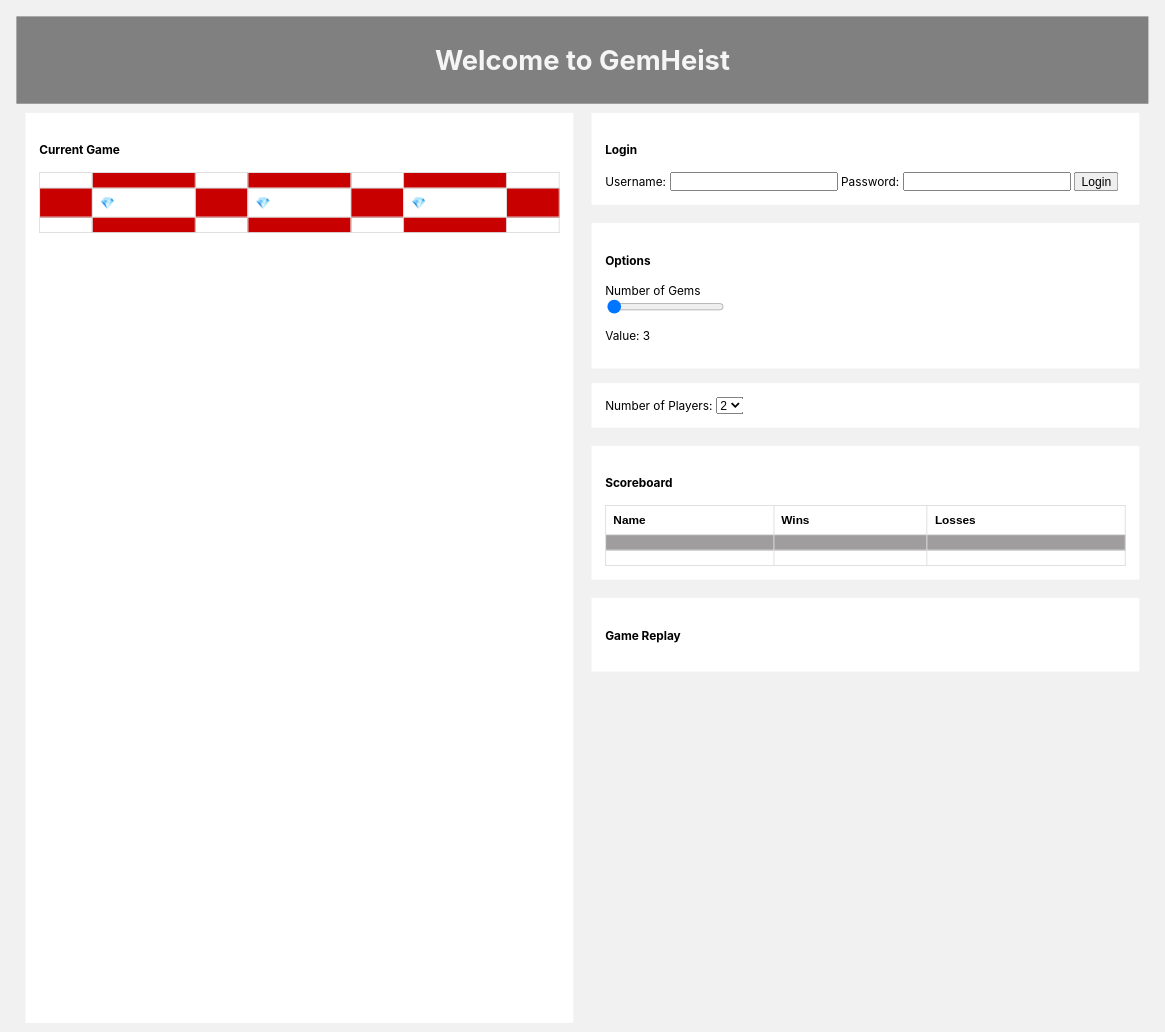
Repository: komalharjani/Gem-Heist
Page: board.html
These files come from the project's save history. The page is drawn as it stood at one moment and after the next save; the edit follows.
The browser window is 1280 px wide. The pictures show the whole page, at 91% of full size.

Above is the page before, as saved 2020-04-09 13:07:14.

### board.html
<!DOCTYPE html>
<html>

<head>
    <link rel="stylesheet" href="style.css">
</head>

<body>
    <!--Header-->
    <div class="header">
        <h2>Welcome to GemHeist</h2>
    </div>

    <!--Current Game-->
    <div class="centercolumn">
        <div class="card" style="height:1000px">
            <h4 id="gameTitle">Current Game</h4>
            <div class="yaks" id="game">
            </div>
        </div>
    </div>
    <!--Login -->
    <div class="centercolumn" id="scoreboard">
        <div class="card">
            <h4>Login</h4>
            <div class="yaks">
                <label for="fname">Username:</label>
                <input type="text" id="fname" name="fname">
                <label for="lname">Password:</label>
                <input type="text" id="lname" name="lname">
                <input type="submit" value="Login">
            </div>
        </div>
    </div><br>
    </div>

    <!--Options -->
    <div class="rightcolumn">
        <div class="card">
            <h4>Options</h4>
            <div class="yaks">
                <div class="slidecontainer">
                    <label for="myRange">Number of Gems</label></br>
                    <input type="range" min="3" max="20" value="3" class="slider" id="myRange">
                    <p>Value: <span id="demo"></span></p>
                </div>
            </div>
                <script>
                    var slider = document.getElementById("myRange");
                    var output = document.getElementById("demo");
                    output.innerHTML = slider.value;
                    document.getElementById("myRange").step = "3";
                    slider.oninput = function () {
                        output.innerHTML = this.value;
                    }
                </script>
            </div></br>
            <div class="card">
                <div class="yaks">
                    <label for="noPlayers">Number of Players:</label>
                    <select id="noPlayers">
                        <option value="2">2</option>
                        <option value="3">3</option>
                        <option value="4">4</option>
                        <option value="5">5</option>
                    </select>
                </div>
            </div>
    </div><br>
    </div>

    <!--Scoreboard - change to dynamic -->
    <div class="rightcolumn">
        <div class="card">
            <h4>Scoreboard</h4>
            <div class="yaks" id="scoreboard">
                <table>
                    <tr>
                        <th>Name</th>
                        <th>Wins</th>
                        <th>Losses</th>
                    </tr>
                    <tr>
                        <td> </td>
                        <td> </td>
                        <td> </td>
                    </tr>
                    <tr>
                        <td> </td>
                        <td> </td>
                        <td> </td>
                    </tr>
                </table>

            </div>
        </div>
    </div><br>
    </div>

    <!--Scoreboard -->
    <div class="rightcolumn">
        <div class="card">
            <h4>Game Replay</h4>
            <div class="yaks">
                <!--Content Here-->
            </div>
        </div>
    </div><br>
    </div>



    <!--JAVASCRIPT -->
    <script src="model_Board.js"></script>
</body>

</html>

### style.css
* {
    box-sizing: border-box;
  }

  /* Add a gray background color with some padding */
  body {
    font-family: -apple-system, BlinkMacSystemFont, 'Segoe UI', Roboto, Oxygen, Ubuntu, Cantarell, 'Open Sans', 'Helvetica Neue', sans-serif;
    padding: 10px;
    background: #f1f1f1;
    font-size: 13px;
  }
  table {
    font-family: arial, sans-serif;
    border-collapse: collapse;
    width: 100%;
  }

  td, th {
    border: 1px solid #dddddd;
    text-align: left;
    padding: 8px;
  }

  tr:nth-child(even) {
    background-color: #dddddd;
  }
  /* Header Title */
  .header {
    padding: 5px;
    font-size: 20px;
    text-align: center;
    background: grey;
    color: whitesmoke;
  }

  .login {
    width:300px;
    height:150px;
    position: fixed;
    top: 50%;
    left: 50%;
    margin-top: -125px;
    margin-left: -150px;
  }


  /* Alerts and Gems */

  .gem {
    background-color: white;
    justify-content: center;
  }

  .gem:hover {
    background-color: rgb(240, 240, 240);
  }

  .alarm {
    background-color: rgb(200, 0, 0);
  }

  .white {
    background-color: white;
  }

  .empty {
    background-color: white;
  }

  .alarm:hover {
    background-color: rgb(136, 0, 0);
  }

  /* Split Screen into Columns */

  .rightcolumn {
    float: right;
    width: 50%;
    padding: 10px;
  }

  .centercolumn {
    float: left;
    width: 50%;
    padding: 10px;
  }

  .box {
    background-color: whitesmoke;
    width: 100%;
    padding: 15px;
  }

  .voteFilter {
    background-color: black;
    width: 100%;
    padding: 15px;
  }

  .card {
     background-color: white;
     padding: 15px;
  }

  .row:after {
    content: "";
    display: table;
    clear: both;
  }

  /* Footer */
  .footer {
    padding: 20px;
    text-align: center;
    background: #ddd;
    margin-top: 20px;
  }

  /* Responsive layout - when the screen is less than 800px wide, make the two columns stack on top of each other instead of next to each other */
  @media screen and (max-width: 800px) {
    .leftcolumn, .rightcolumn {
      width: 100%;
      padding: 0;
    }
  }

  tr:nth-child(even) {
    background-color: #3b37377c;
  }

### model_Board.js
/**
 * Variables
 */
const width = 7;
var gemChar = '&#128142';
var noGems = document.getElementById("myRange").value;
height = (2 / 3 * noGems) + 1;

/**
 * Declare Arrays for Drawing Board...
 */
var pieces = [];
for (var i = 0; i < height; i++) {
    pieces[i] = [];
}

var currState = [];
for (var i = 0; i < height; i++) {
    currState[i] = [];
    for (var j = 0; j < width; j++) {
        currState[i].push(true);
    }
}
console.log(currState);

//array of state of board


/**
 * Function to Draw Board
 */
//synchronise with model
//if true draw alarm else draw
function drawBoard() {
    //Create rows and tables according to specified height and width
    var table = document.createElement("table");
    for (var i = 0; i < height; i++) { //loop through height
        var row = document.createElement('tr'); //create rows for each height
        for (var j = 0; j < width; j++) { //loop through width
            var cell = document.createElement('td'); //create columns for each width
            pieces[i].push(cell);
            cell.setAttribute("row", i);
            cell.setAttribute("col", j);
            currState[0][7] = false;

            if(currState[i][j] == true) {
            if (j % 2 && i % 2) { //identify gem cells
                //currentState[0].push(cell);
                cell.innerHTML = gemChar;
                cell.className = "gem";
                //move event listener to turn handler function
                cell.addEventListener('click', function(event){
                    this.innerHTML  = "name";
                    //replay.enqueue(this);
                })
            }
            else if (j % 2 || i % 2) { //identify alarm cells
                cell.className = "alarm";
                cell.addEventListener('click', function(event){
                    this.className = "white";
                    //replay.enqueue(this);
                })
            }
        }
        else {
            cell.className = "white"
        }

            row.appendChild(cell);
        }
        table.appendChild(row);
    }
    document.body.appendChild(table);

    //display in this div
    let divContainer = document.getElementById("game");
    divContainer.innerHTML = "";
    divContainer.appendChild(table);
}


    drawBoard();

    //free of HTML elements
    function captureAlarm() {
        let currRow = event.target.getAttribute("row"); //curr row
        let currCol = event.target.getAttribute("col"); //curr col
        let alarmsAroundEvent = [];
        let gemsFound = [];
        let leftCell;
        let rightCell;
        let upCell;
        let downCell;
        let one = 1;
        let alarmsAroundGemsFound = [];

        currState[currRow][currCol] = (false); //bind false to cell.className = "white";
        //add move to replay

        if (currRow - 1 >= 0) {
            upCell = pieces[currRow - 1][currCol];
            alarmsAroundEvent.push(upCell);
        } if (currCol - 1 >= 0) {
            leftCell = pieces[currRow][currCol - 1];
            alarmsAroundEvent.push(leftCell);
        } if (currRow + 1 < height) {
            downCell = pieces[currRow + 1][currCol];
            alarmCheck.push(downCell);
        } if (currCol < width) {
            //     rightCell = [currRow][currCol+1];
            //     alarmCheck.push(rightCell);
        }

        console.log(upCell);
        console.log(leftCell);
        console.log(alarmsAroundEvent);
        //}

        //loop 1 find gems around alarms
        for (let i = 0; i < alarmsAroundEvent.length; i++) {
            if (alarmsAroundEvent[i].className == "gem") {
                gemsFound.push(alarmsAroundEvent[i]);
            }
        }

        //loop 2 - check for alarms around each gem to see if gem should be captured
        for (let i = 0; i < gemsFound.length; i++) {
            let gemRow = gemsFound[i].getAttribute("row");
            let gemCol = gemsFound[i].getAttribute("col");

            let alarmUp = (pieces[gemRow - 1][gemCol]);
            let alarmLeft = (pieces[gemRow][gemCol - 1]);
            //let alarmRight = (pieces[gemRow + 1][gemCol]);
            //let alarmDown = (pieces[gemRow + 1][gemCol]);

            alarmsAroundGemsFound.push(alarmUp, alarmLeft);

            for (let j = 0; j < alarmsAroundGemsFound.length; j++) {
                if (alarmsAroundGemsFound[i].className == "white") {
                    alarmsAroundGemsFound.pop[i];
                }
            }
            console.log(alarmsAroundGemsFound);

            if (alarmsAroundGemsFound.length == 0) {
                gemsFound.className = "white";
                gemsFound.innerHTML = "name";
                //add move to replay
                //currState[gemRow][gemCol] = (false);
                //model.Player.score++;
                declareWinner();
            }
            else {
                //Next Turn
            }

        }

    }

    function declareWinner() {
        let gemsToWin = player.length / noGems;
        if (player.score = gemsToWin) {
            //alert
            //kill game
            //update leagueboard
        }
        else {
            //next turn
        }
    }

//1. seperate state and draw board function
//2. fix the row and col
//3. move to main

After the next save:
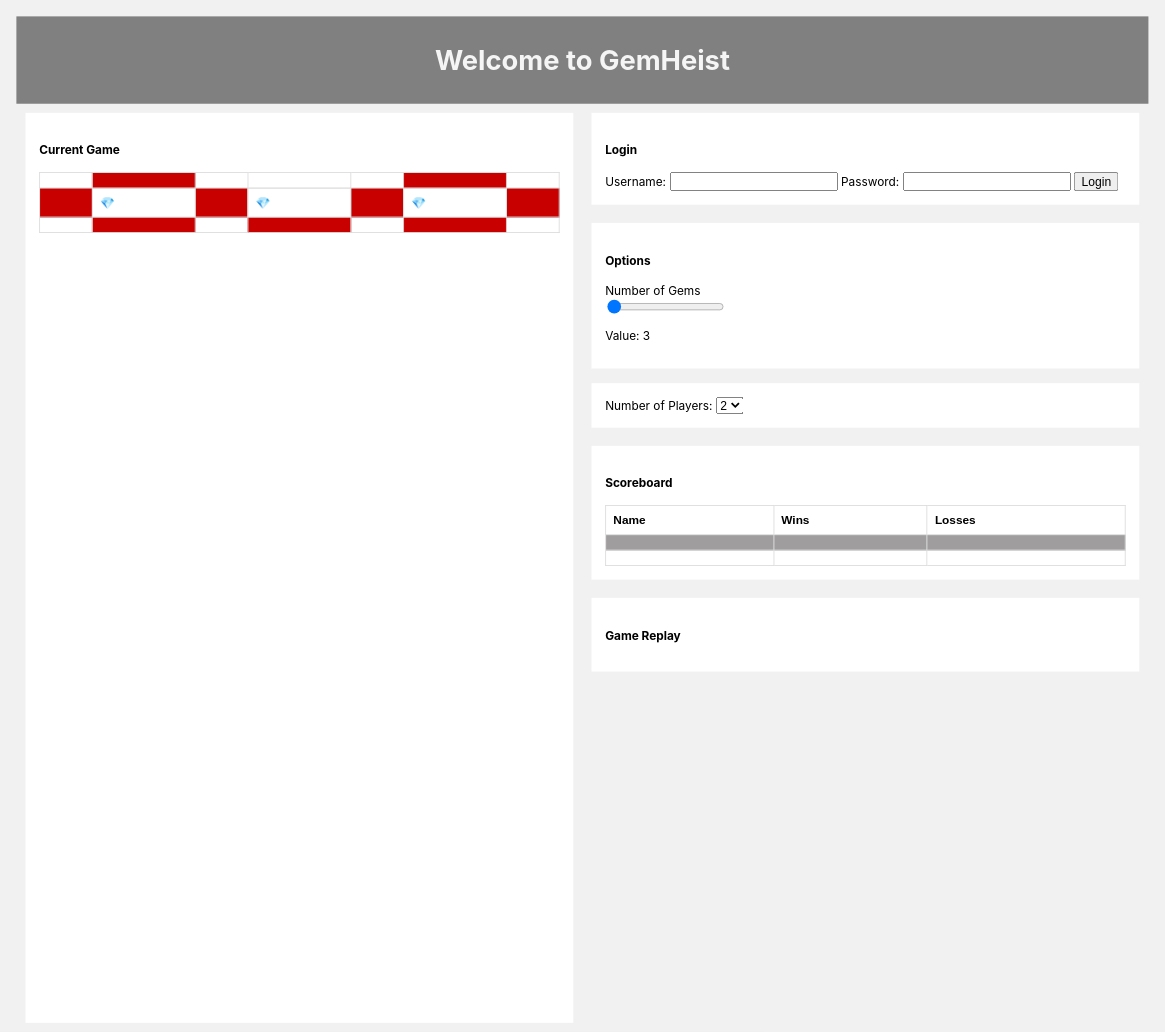
Saved 4 s later.
--- a/model_Board.js
+++ b/model_Board.js
@@ -41,7 +41,7 @@
             pieces[i].push(cell);
             cell.setAttribute("row", i);
             cell.setAttribute("col", j);
-            currState[0][7] = false;
+            currState[0][3] = false;
 
             if(currState[i][j] == true) {
             if (j % 2 && i % 2) { //identify gem cells

After the save that followed:
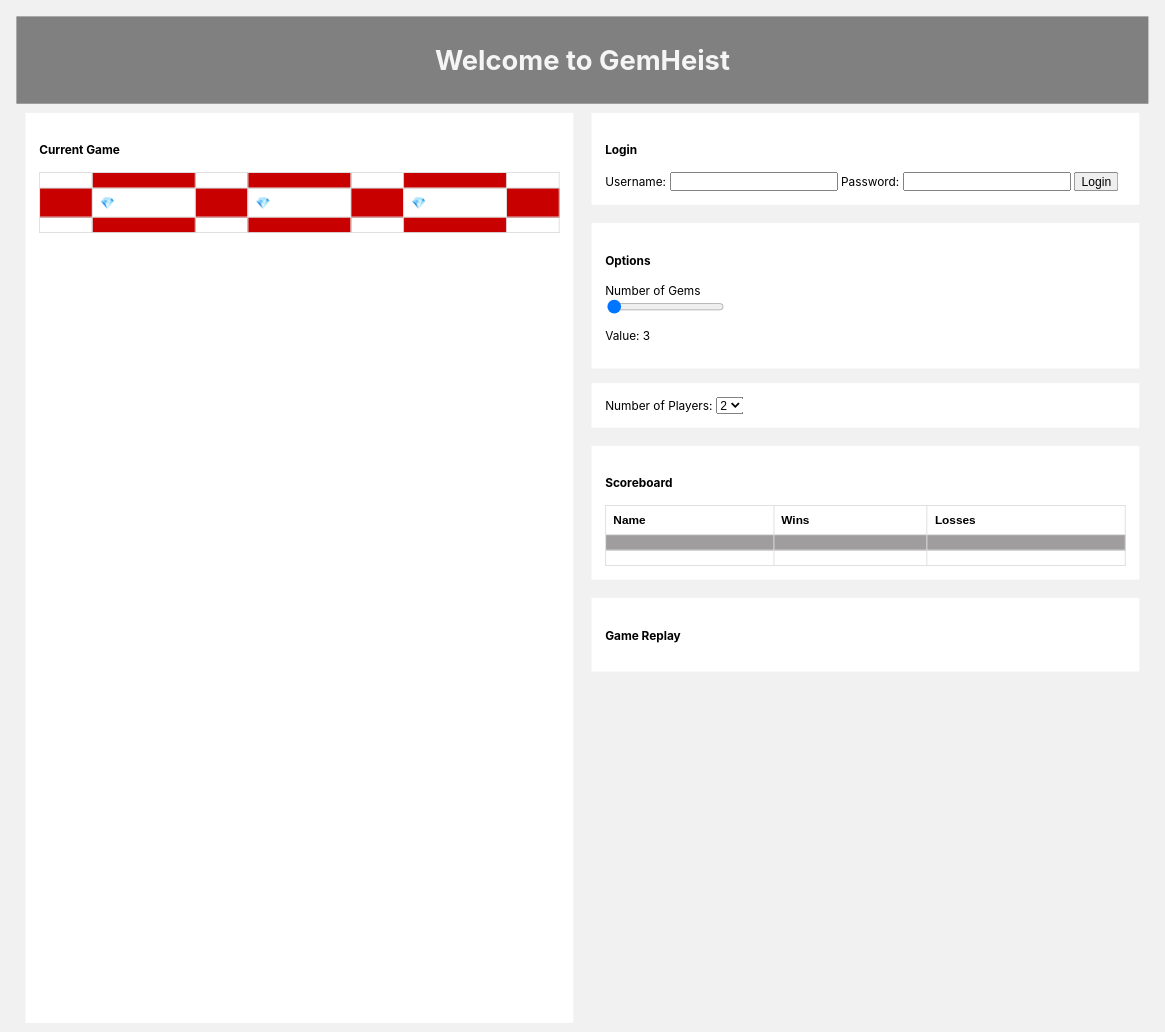
Saved 11 s later.
--- a/model_Board.js
+++ b/model_Board.js
@@ -41,7 +41,6 @@
             pieces[i].push(cell);
             cell.setAttribute("row", i);
             cell.setAttribute("col", j);
-            currState[0][3] = false;
 
             if(currState[i][j] == true) {
             if (j % 2 && i % 2) { //identify gem cells
